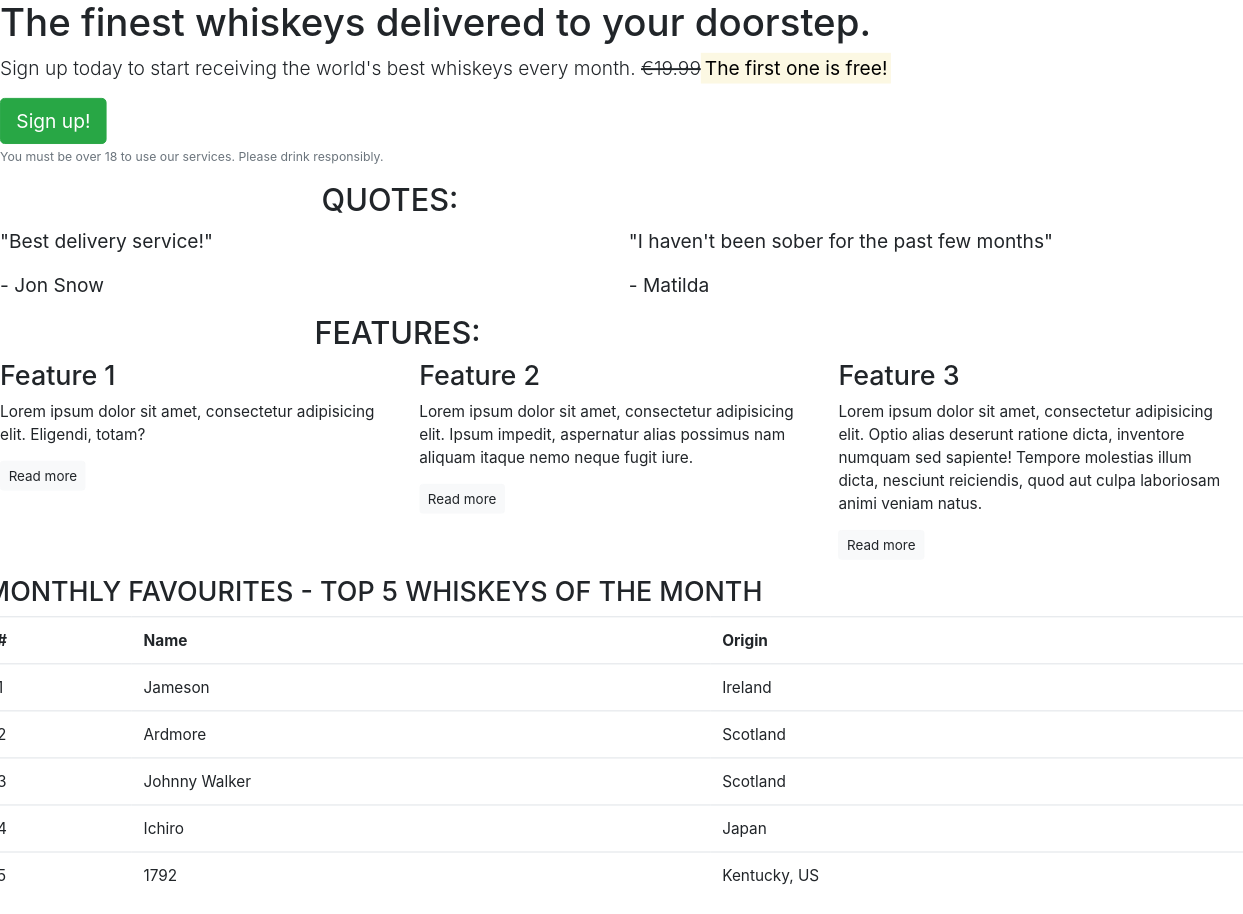
Repository: mkuti/Whiskey_website_using_Bootstrap
Page: index.html
The author's editor kept a record of every edit. The page is drawn from the files as they stood at one moment, then again after the next edit.
The browser window is 1280 px wide. The page is 1295 px wide, so the pictures cover 1295 px, including what lies to the right of the window. The pictures show the whole page, at 96% of full size.

Above is the page before.

### index.html
<!DOCTYPE html>
<html lang="en">

<head>
    <meta charset="UTF-8">
    <meta name="viewport" content="width=device-width, initial-scale=1.0">
    <meta http-equiv="X-UA-Compatible" content="ie=edge">
    <link rel="stylesheet" href="https://maxcdn.bootstrapcdn.com/bootstrap/4.1.3/css/bootstrap.min.css">
    <title>Whiskey Drop | Taste a new whiskey every month!</title>
</head>

<body>

    <article="container">

        <!-- call out section -->
        <div class="row">
            <div class="col-12">
                <section class="callout">
                    <h1>The finest whiskeys delivered to your doorstep.</h1>
                    <p class="lead">Sign up today to start receiving the world's best whiskeys every month. <s>€19.99</s><strong><mark>The first one is free!</mark></strong></p>
                    <button class="btn btn-success btn-lg">Sign up!</button>
                    <p class="text-muted"><small>You must be over 18 to use our services. Please drink responsibly.</small></p>
                </section>
            </div>
        </div>

        <!-- Quotes -->
        <section class="quotes">
            <div class="col-6 offset-3">
                <h2 class="text-uppercase">Quotes:</h2>
            </div>
            <div class="row">
                <div class="col-12 col-md-6">
                    <blockquote class="blockquote">
                        <p>"Best delivery service!"</p>
                        <p>- Jon Snow</p>
                    </blockquote>
                </div>
                <div class="col-12 col-md-6">
                    <blockquote class="blockquote">
                        <p>"I haven't been sober for the past few months"</p>
                        <p>- Matilda</p>
                    </blockquote>
                </div>
            </div>
        </section>

        <!-- Features -->

        <section class="features">
            <div class="row">
                <div class="col-6 offset-3">
                    <h2 class="text-uppercase">Features:</h2>
                </div>
            </div>
            <div class="row">
                <div class="col-12 col-md-6 col-lg-4">
                    <div class="feature">
                        <h3>Feature 1</h3>
                        <p>Lorem ipsum dolor sit amet, consectetur adipisicing elit. Eligendi, totam?</p>
                        <p><a class="btn btn-sm btn-light" href="">Read more</a></p>
                    </div>
                </div>

                <div class="col-12 col-md-6 col-lg-4">
                    <div class=feature>
                        <h3>Feature 2</h3>
                        <p>Lorem ipsum dolor sit amet, consectetur adipisicing elit. Ipsum impedit, aspernatur alias possimus nam aliquam itaque nemo neque fugit iure.</p>
                        <p><a class="btn btn-sm btn-light" href="">Read more</a></p>
                    </div>
                </div>

                <div class="col-12 d-md-none d-lg-block col-lg-4">
                    <div class="feature">
                        <h3>Feature 3</h3>
                        <p>Lorem ipsum dolor sit amet, consectetur adipisicing elit. Optio alias deserunt ratione dicta, inventore numquam sed sapiente! Tempore molestias illum dicta, nesciunt reiciendis, quod aut culpa laboriosam animi veniam natus.</p>
                        <p><a class="btn btn-sm btn-light" href="">Read more</a></p>
                    </div>
                </div>
            </div>
        </section>

        </div>

        <!-- Favorites -->

        <section class="favorites">
            <div class="row">
                <div class="col-6 "></div>
                <h3 class="text-uppercase">Monthly Favourites - Top 5 whiskeys of the month</h3>
            </div>
            <div class="row">
                <table class="table">
                    <tr>
                        <th scope="col">#</th>
                        <th scope="col">Name</th>
                        <th scope="col">Origin</th>
                    </tr>

                    <tr>
                        <td scope="row">1</td>
                        <td scope="row">Jameson</td>
                        <td scope- "row">Ireland</td>
                    </tr>

                    <tr>
                        <td scope="row">2</td>
                        <td scope="row">Ardmore</td>
                        <td scope="row">Scotland</td>
                    </tr>

                    <tr>
                        <td scope="row">3</td>
                        <td scope="row">Johnny Walker</td>
                        <td scope="row">Scotland</td>
                    </tr>

                    <tr>
                        <td scope="row">4</td>
                        <td scope="row">Ichiro</td>
                        <td scope="row">Japan</td>
                    </tr>

                    <tr>
                        <td scope="row">5</td>
                        <td scope="row">1792</td>
                        <td scope="row">Kentucky, US</td>
                    </tr>

                </table>
            </div>
        </section>
        </div>
        </div>
        </article>

</body>

</html>

After the next edit:
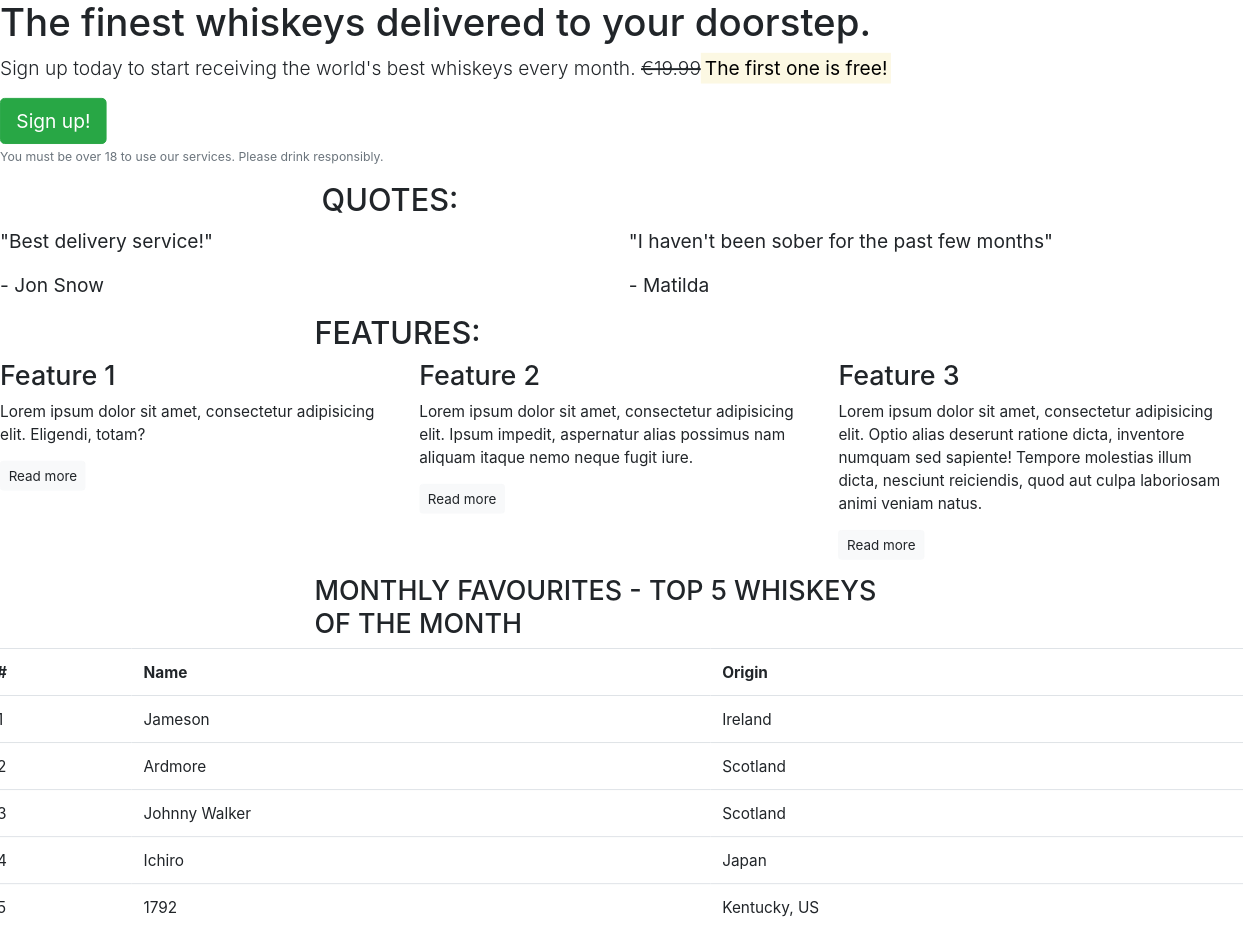
The edit:
--- a/index.html
+++ b/index.html
@@ -87,8 +87,9 @@
 
         <section class="favorites">
             <div class="row">
-                <div class="col-6 "></div>
-                <h3 class="text-uppercase">Monthly Favourites - Top 5 whiskeys of the month</h3>
+                <div class="col-6 offset-3">
+                    <h3 class="text-uppercase">Monthly Favourites - Top 5 whiskeys of the month</h3>
+                </div>
             </div>
             <div class="row">
                 <table class="table">
